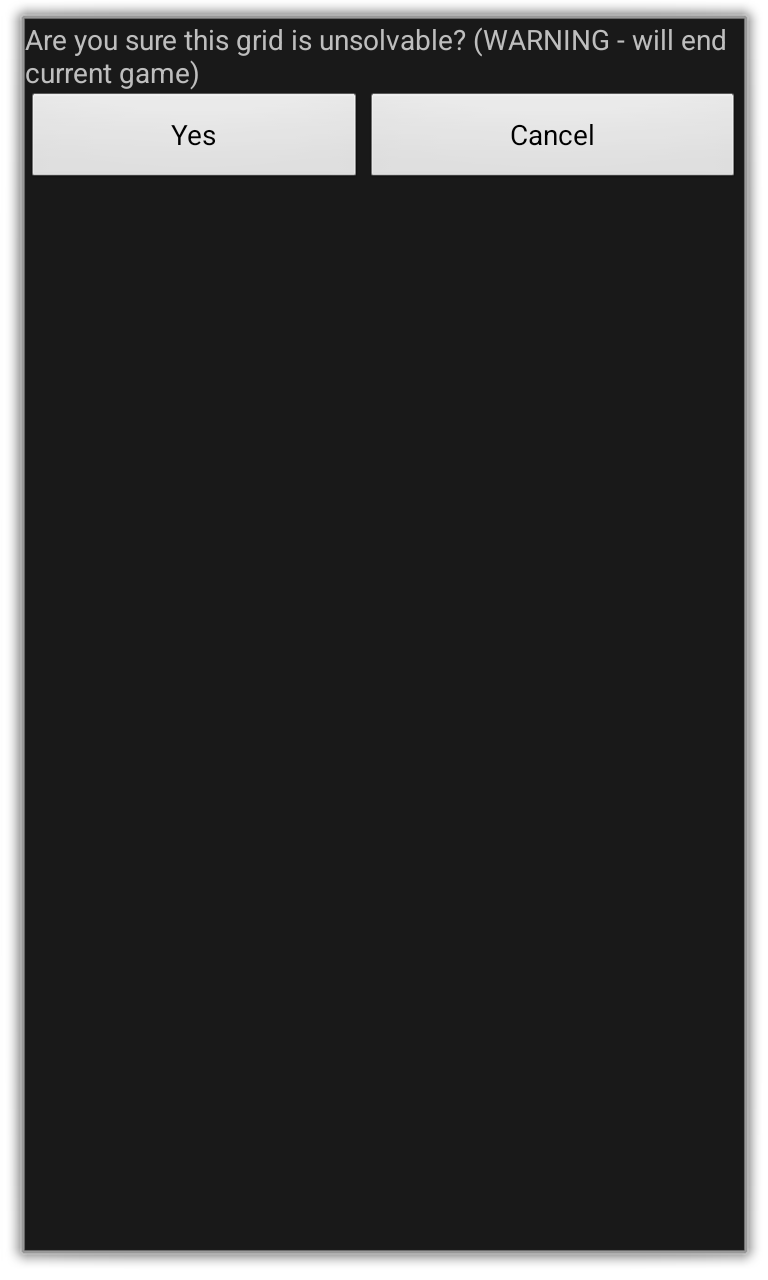
Repository: rickydalziel/project
Layout: Numbersorter/res/layout/activity_unsolve_dialog.xml
These files come from the project's save history. The layout is drawn as it stood at one moment and after the next save; the edit follows.
It is drawn on a 768 x 1280 px phone screen (xhdpi) without system bars, with theme android:Theme.Dialog; the app's code is not run. The app's manifest (not shown) leaves right-to-left support off. So textAlignment, textDirection and layoutDirection are ignored, and left and right values win over start and end ones.

Above is the layout before, as saved 2013-03-07 13:52:38.

After the next save:
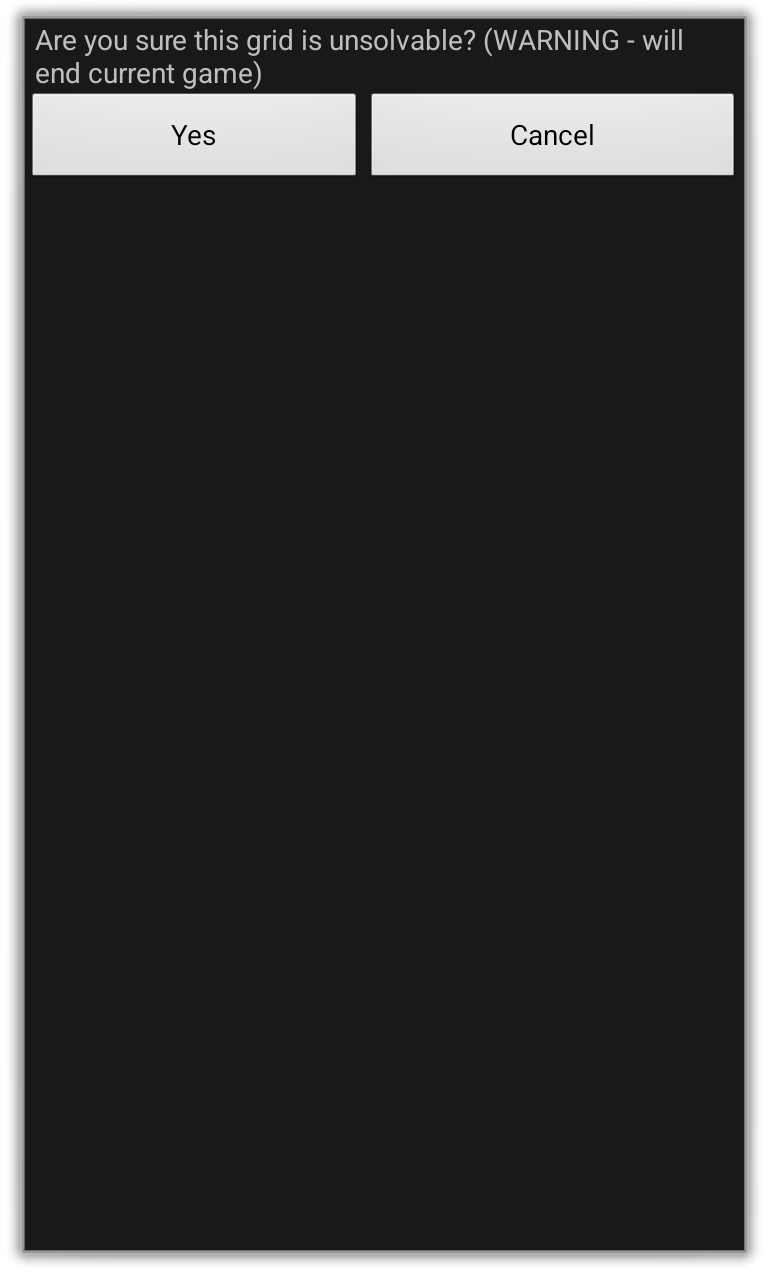
Saved 74 s later.
--- a/Numbersorter/res/layout/activity_unsolve_dialog.xml
+++ b/Numbersorter/res/layout/activity_unsolve_dialog.xml
@@ -9,9 +9,12 @@
 
     <TextView
         	android:id="@+id/unsolveabletext"
+        	android:paddingLeft="5dp"
+        	android:paddingRight="5dp"
 	        android:layout_width="fill_parent"
 	        android:layout_height="wrap_content"
 	        android:layout_gravity="center"
+	        android:textAlignment="center"
 	        android:text="@string/unsolveable" />
 
 
